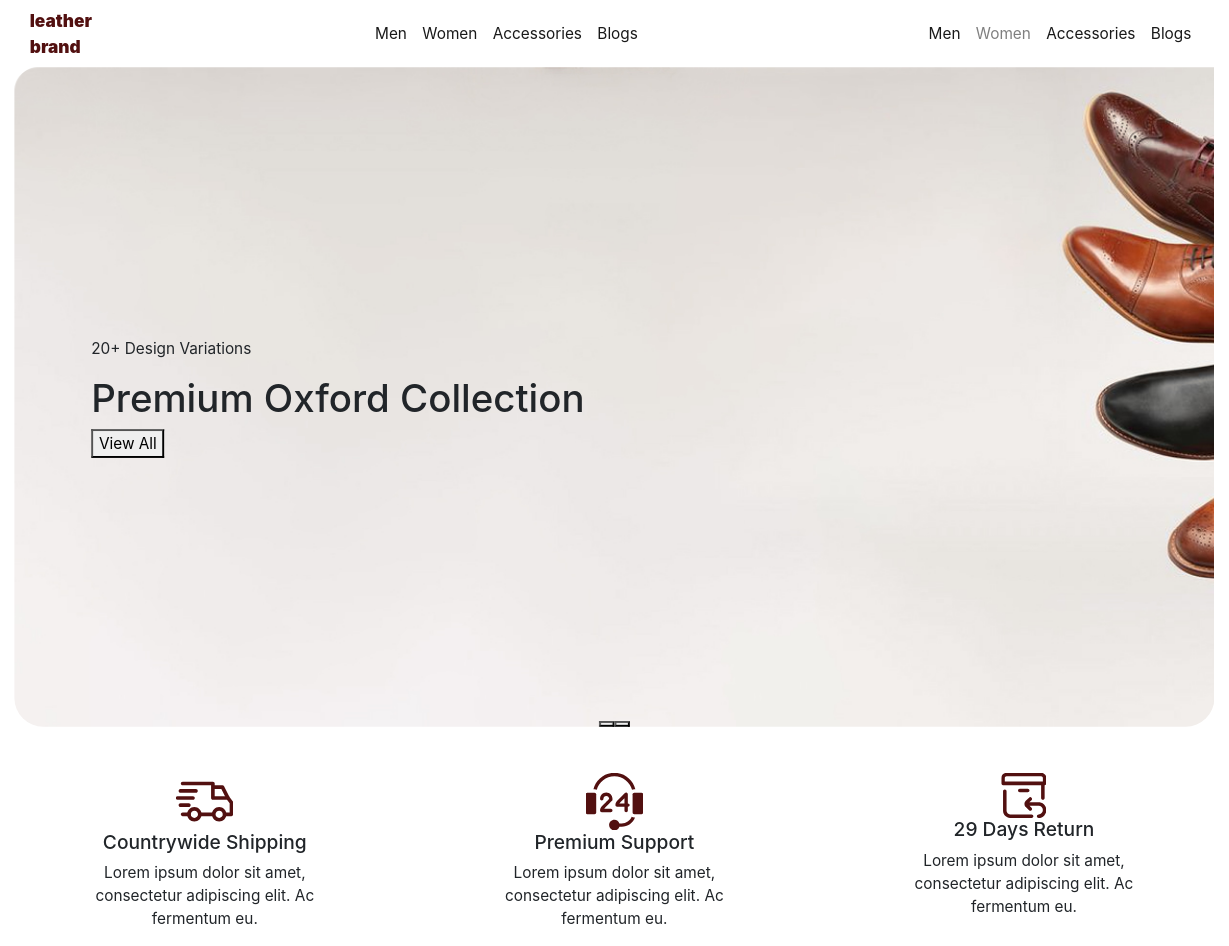
Repository: arif286/fashion-house
Page: /
The author's editor kept a copy of each file at every save. The page is drawn from the files as they stood at one save, then again after the next save.
The browser window is 1280 px wide. The pictures show the whole page, at 96% of full size.
The project was rebuilt for these pictures with package versions that can differ from the ones it lists, and the page was loaded fresh each time. The framework's server and built-in components were replaced by stand-ins that run in the browser. Also part of the build but not shown: nuxt.config.js, components/Contact.vue, components/DisplayCollection.vue, components/Footer.vue, components/NewCollection.vue, components/NuxtLogo.vue, components/Products.vue, components/Tutorial.vue.

Above is the page before, as saved 2021-07-11 22:23:34.

After the next save:
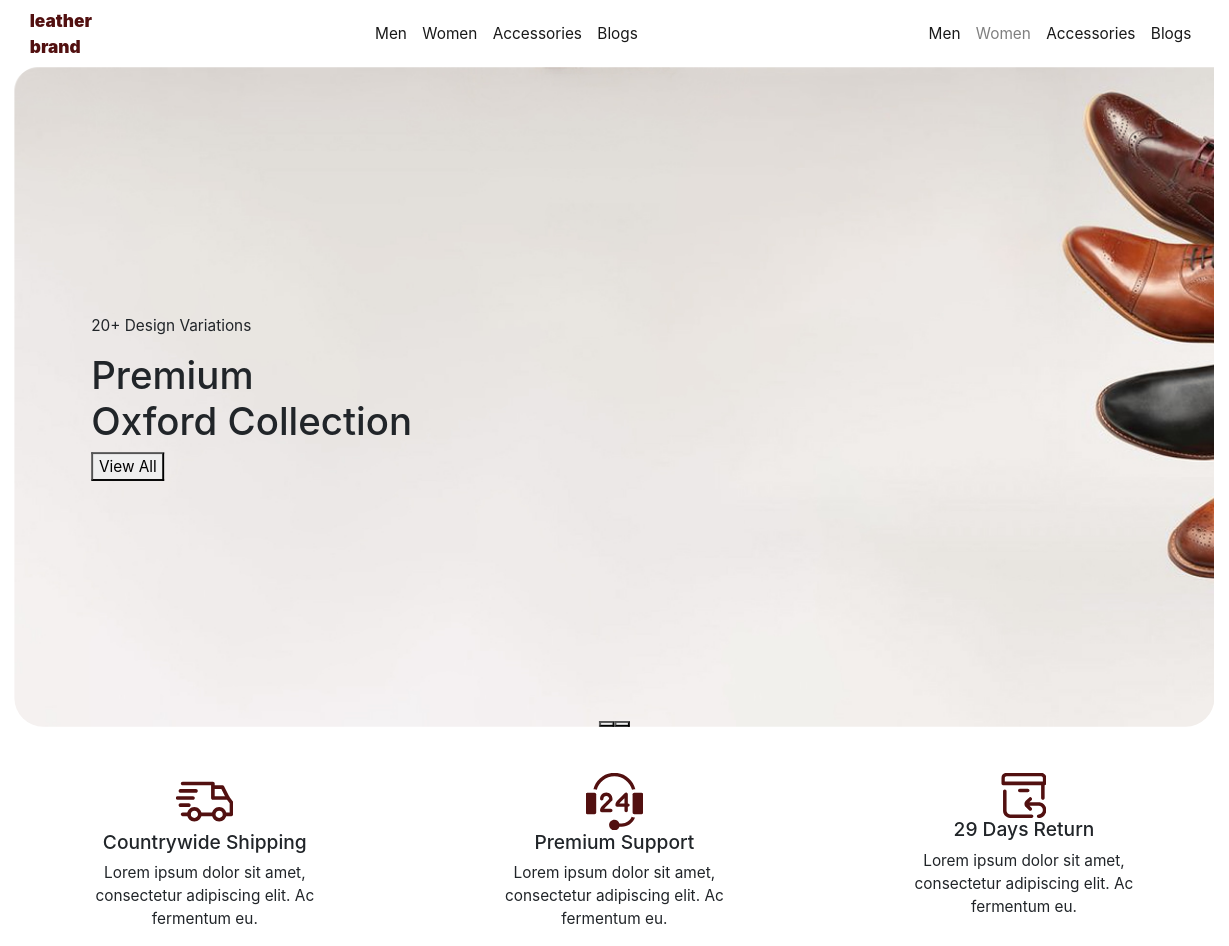
Saved 27 s later.
--- a/components/Slider.vue
+++ b/components/Slider.vue
@@ -25,7 +25,11 @@
         <div class="carousel-item active d-flex align-items-center">
           <div class="slider-content">
             <p>20+ Design Variations</p>
-            <h1>Premium Oxford Collection</h1>
+            <h1>
+              Premium
+              <br />
+              Oxford Collection
+            </h1>
             <button>View All</button>
           </div>
         </div>
